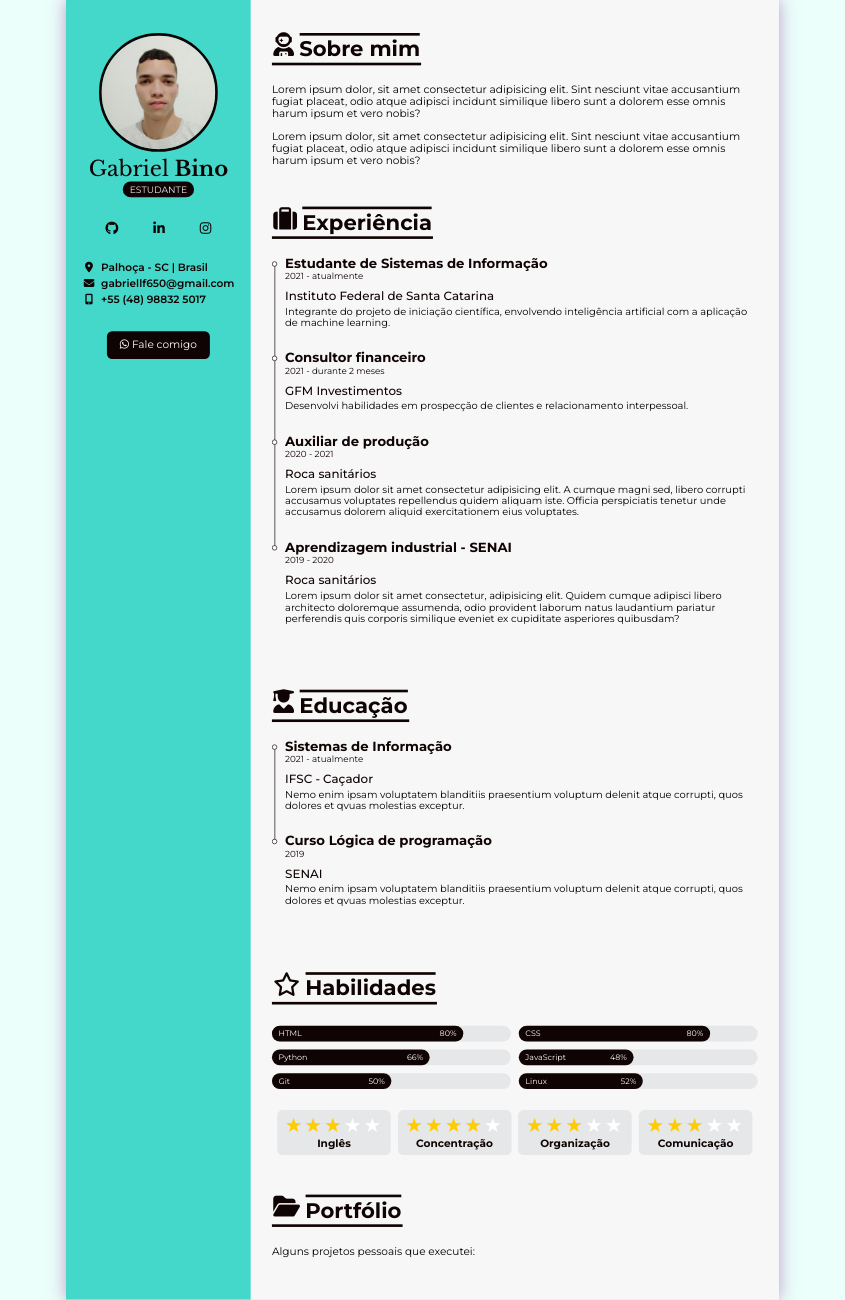
Repository: gabrielbino/projects-dio
Page: curriculoResponsivo/index.html
An editor plug-in stored every save of this project. The page is shown before and after the next save, followed by the edit.
The browser window is 1280 px wide. The pictures show the whole page, at 66% of full size.
Some web libraries are served in a nearby version.

Above is the page before, as saved 2021-10-19 12:15:44.

### curriculoResponsivo/index.html
<!DOCTYPE html>
<html lang="pt-br">
  <head>
    <meta charset="UTF-8" />
    <link
      rel="stylesheet"
      href="https://cdnjs.cloudflare.com/ajax/libs/normalize/8.0.1/normalize.min.css"
      integrity="sha512-NhSC1YmyruXifcj/KFRWoC561YpHpc5Jtzgvbuzx5VozKpWvQ+4nXhPdFgmx8xqexRcpAglTj9sIBWINXa8x5w=="
      crossorigin="anonymous"
      referrerpolicy="no-referrer"
    />

    <script
      src="https://kit.fontawesome.com/e258bd240c.js"
      crossorigin="anonymous"
    ></script>

    <link rel="stylesheet" href="./css/style.css" />

    <link rel="shortcut icon" href="img/img.ico" />

    <title>CV do Gabriel</title>
  </head>
  <body>
    <main>
      <aside>
        <div class="sidebar">
          <img
            class="profile-picture"
            src="./img/option_profile.jpeg"
            alt="Gabriel Bino"
          />
          <h1 class="title-name"><span>Gabriel</span> Bino</h1>
          <h3 class="subtitle-role">Estudante</h3>
          <div class="social-links">
            <a href="https://github.com/gabrielbino" target="_blank">
              <i class="fab fa-github"></i>
            </a>
            <a
              href="https://www.linkedin.com/in/gabriel-fernandes-bino-456499195/"
              target="_blank"
            >
              <i class="fab fa-linkedin-in"></i>
            </a>
            <!-- <a href="https://twitter.com/theleoad" target="_blank">
              <i class="fab fa-twitter"></i>
            </a> -->
            <a href="https://www.instagram.com/gabrielfbino/" target="_blank">
              <i class="fab fa-instagram"></i>
            </a>
          </div>
          <ul class="personal-data">
            <li>
              <i class="fas fa-map-marker-alt"></i>
              <span>Palhoça - SC | Brasil</span>
            </li>
            <li>
              <i class="fas fa-envelope"></i>
              <a href="mailto:galbriellf650@gmail.com"
                >gabriellf650@gmail.com</a
              >
            </li>
            <li>
              <i class="fas fa-mobile-alt"></i>
              <a href="tel:+5548988325017">+55 (48) 98832 5017</a>
            </li>
          </ul>
          <a
            class="download-button"
            href="https://wa.me/+5548988325017"
            target="_blank"
          >
            <i class="fab fa-whatsapp"></i>
            <span>Fale comigo</span>
          </a>
        </div>
      </aside>
      <section>
        <article>
          <div class="article-title-wrapper">
            <i class="fas fa-user-astronaut"></i>
            <h2 class="article-title">Sobre mim</h2>
          </div>
          <p>
            Lorem ipsum dolor, sit amet consectetur adipisicing elit. Sint
            nesciunt vitae accusantium fugiat placeat, odio atque adipisci
            incidunt similique libero sunt a dolorem esse omnis harum ipsum et
            vero nobis?
          </p>
          <p>
            Lorem ipsum dolor, sit amet consectetur adipisicing elit. Sint
            nesciunt vitae accusantium fugiat placeat, odio atque adipisci
            incidunt similique libero sunt a dolorem esse omnis harum ipsum et
            vero nobis?
          </p>
        </article>
        <article>
          <div class="article-title-wrapper">
            <i class="fas fa-suitcase"></i>
            <h2 class="article-title">Experiência</h2>
          </div>
          <ul class="timeline">
            <li>
              <h4 class="timeline-title">
                Estudante de Sistemas de Informação
              </h4>
              <h5 class="timeline-time">2021 - atualmente</h5>
              <h6 class="timeline-place">
                Instituto Federal de Santa Catarina
              </h6>
              <p class="timeline-text">
                Integrante do projeto de iniciação científica, envolvendo
                inteligência artificial com a aplicação de machine learning.
              </p>
            </li>
            <li>
              <h4 class="timeline-title">Consultor financeiro</h4>
              <h5 class="timeline-time">2021 - durante 2 meses</h5>
              <h6 class="timeline-place">GFM Investimentos</h6>
              <p class="timeline-text">
                Desenvolvi habilidades em prospecção de clientes e
                relacionamento interpessoal.
              </p>
            </li>
            <li>
              <h4 class="timeline-title">Auxiliar de produção</h4>
              <h5 class="timeline-time">2020 - 2021</h5>
              <h6 class="timeline-place">Roca sanitários</h6>
              <p class="timeline-text">
                Lorem ipsum dolor sit amet consectetur adipisicing elit. A
                cumque magni sed, libero corrupti accusamus voluptates
                repellendus quidem aliquam iste. Officia perspiciatis tenetur
                unde accusamus dolorem aliquid exercitationem eius voluptates.
              </p>
            </li>
            <li>
              <h4 class="timeline-title">Aprendizagem industrial - SENAI</h4>
              <h5 class="timeline-time">2019 - 2020</h5>
              <h6 class="timeline-place">Roca sanitários</h6>
              <p class="timeline-text">
                Lorem ipsum dolor sit amet consectetur, adipisicing elit. Quidem
                cumque adipisci libero architecto doloremque assumenda, odio
                provident laborum natus laudantium pariatur perferendis quis
                corporis similique eveniet ex cupiditate asperiores quibusdam?
              </p>
            </li>
          </ul>
        </article>
        <article>
          <div class="article-title-wrapper">
            <i class="fas fa-user-graduate"></i>
            <h2 class="article-title">Educação</h2>
          </div>
          <ul class="timeline">
            <li>
              <h4 class="timeline-title">Sistemas de Informação</h4>
              <h5 class="timeline-time">2021 - atualmente</h5>
              <h6 class="timeline-place">IFSC - Caçador</h6>
              <p class="timeline-text">
                Nemo enim ipsam voluptatem blanditiis praesentium voluptum
                delenit atque corrupti, quos dolores et qvuas molestias
                exceptur.
              </p>
            </li>
            <li>
              <h4 class="timeline-title">Curso Lógica de programação</h4>
              <h5 class="timeline-time">2019</h5>
              <h6 class="timeline-place">SENAI</h6>
              <p class="timeline-text">
                Nemo enim ipsam voluptatem blanditiis praesentium voluptum
                delenit atque corrupti, quos dolores et qvuas molestias
                exceptur.
              </p>
            </li>
          </ul>
        </article>
        <article>
          <div class="article-title-wrapper">
            <i class="far fa-star"></i>
            <h2 class="article-title">Habilidades</h2>
          </div>
          <div class="skills-container">
            <div class="progress">
              <div class="progress-bar" role="progressbar" style="width: 80%">
                <div class="progress-text">
                  <span>HTML</span>
                  <span>80%</span>
                </div>
              </div>
            </div>
            <div class="progress">
              <div class="progress-bar" role="progressbar" style="width: 80%">
                <div class="progress-text">
                  <span>CSS</span>
                  <span>80%</span>
                </div>
              </div>
            </div>
            <div class="progress">
              <div class="progress-bar" role="progressbar" style="width: 66%">
                <div class="progress-text">
                  <span>Python</span>
                  <span>66%</span>
                </div>
              </div>
            </div>
            <div class="progress">
              <div class="progress-bar" role="progressbar" style="width: 48%">
                <div class="progress-text">
                  <span>JavaScript</span>
                  <span>48%</span>
                </div>
              </div>
            </div>
            <div class="progress">
              <div class="progress-bar" role="progressbar" style="width: 50%">
                <div class="progress-text">
                  <span>Git</span>
                  <span>50%</span>
                </div>
              </div>
            </div>
            <div class="progress">
              <div class="progress-bar" role="progressbar" style="width: 52%">
                <div class="progress-text">
                  <span>Linux</span>
                  <span>52%</span>
                </div>
              </div>
            </div>
          </div>
          <div class="soft-skills">
            <div class="soft-skill">
              <div class="soft-skill-rating" style="--rating: 3"></div>
              <h4 class="soft-skill-label">Inglês</h4>
            </div>
            <div class="soft-skill">
              <div class="soft-skill-rating" style="--rating: 4"></div>
              <h4 class="soft-skill-label">Concentração</h4>
            </div>
            <div class="soft-skill">
              <div class="soft-skill-rating" style="--rating: 3"></div>
              <h4 class="soft-skill-label">Organização</h4>
            </div>
            <div class="soft-skill">
              <div class="soft-skill-rating" style="--rating: 3"></div>
              <h4 class="soft-skill-label">Comunicação</h4>
            </div>
          </div>
        </article>
        <article>
          <div class="article-title-wrapper">
            <i class="fas fa-folder-open"></i>
            <h2 class="article-title">Portfólio</h2>
          </div>
          <p>Alguns projetos pessoais que executei:</p>
          <div class="portfolio">
            <a href="#" class="portfolio-item">
              <div></div>
            </a>
            <a href="#" class="portfolio-item">
              <div></div>
            </a>
            <a href="#" class="portfolio-item">
              <div></div>
            </a>
            <a href="#" class="portfolio-item">
              <div></div>
            </a>
          </div>
        </article>
      </section>
    </main>
  </body>
</html>

### curriculoResponsivo/css/style.css
@import url("https://fonts.googleapis.com/css2?family=Libre+Baskerville:wght@400;700&family=Montserrat:wght@400;500;600;700&display=swap");

* {
  box-sizing: border-box;
}

img {
  max-width: 100%;
}

body {
  background-color: #ebfffb;
  color: black;
  font-family: "Montserrat", sans-serif;
}

main {
  background-color: #ebfffb;
  box-shadow: 0 0 1.5rem rgba(149, 56, 158, 0.5);
  display: flex;
  margin: 0 auto;
  max-width: 1080px;
  min-height: 100vh;
  width: 100%;
}

aside {
  background-color: #43d8c9;
  padding: 50px 0 16px;
  width: 280px;
}

.sidebar {
  align-items: center;
  display: flex;
  flex-direction: column;
  position: sticky;
  top: 16px;
  width: 100%;
}

.profile-picture {
  border-radius: 50%;
  border: solid 4px #100303;
  width: 180px;
}

.title-name {
  color: #100303;
  font-family: "Libre Baskerville", serif;
  font-weight: 700;
  margin: 8px 0 0;
}

.title-name span {
  font-weight: 500;
}

.subtitle-role {
  background: #100303;
  border-radius: 12px;
  color: #e9ebec;
  font-size: 14px;
  font-weight: 400;
  margin: 0;
  padding: 4px 10px;
  text-transform: uppercase;
}

.social-links {
  display: flex;
  font-size: 20px;
  justify-content: space-between;
  margin: 36px 0;
  width: 160px;
}

.social-links a {
  color: #100303;
}

.social-links a:hover {
  color: #8fa0ac;
}

.personal-data {
  list-style-type: none;
  margin: 0;
  padding: 0;
}

.personal-data li {
  color: #100303;
  font-weight: 600;
  line-height: 1.5;
}

.personal-data li a {
  color: inherit;
  text-decoration: none;
}

.personal-data i {
  margin-right: 4px;
  text-align: center;
  width: 20px;
}

.download-button {
  background: #100303;
  border-radius: 8px;
  color: white;
  display: block;
  margin: 36px 0;
  padding: 12px 20px;
  text-decoration: none;
}

section {
  background-color: #f7f7f7;
  padding: 50px 32px 0;
  width: calc(100% - 280px);
}

article:not(:last-of-type) {
  margin-bottom: 60px;
}

.article-title-wrapper {
  align-items: center;
  border-bottom: 4px solid;
  color: #100303;
  display: inline-flex;
  margin-bottom: 12px;
  padding: 0 2px;
}
.article-title-wrapper i {
  font-size: 36px;
  margin: -8px 8px 0 0;
}

.article-title {
  border-top: 4px solid;
  color: #100303;
  font-size: 32px;
  font-weight: 800;
  margin: 0 0 2px;
  padding-top: 2px;
}

.timeline {
  list-style: none;
  margin: 20px 0;
  padding: 0;
}

.timeline li {
  margin: 0;
  padding: 2px 0 40px 20px;
  position: relative;
}

.timeline li::after {
  background-color: #fff;
  border-radius: 50%;
  border: 1px solid #100303;
  box-sizing: border-box;
  content: "";
  display: inline-block;
  height: 8px;
  left: 0;
  position: absolute;
  top: 2px;
  width: 8px;
}

.timeline li:not(:last-of-type)::before {
  background-color: #100303;
  content: "";
  height: 100%;
  left: 3.5px;
  position: absolute;
  top: calc(0.5em - 4px);
  width: 1px;
}

.timeline-title {
  color: #100303;
  font-size: 20px;
  margin: -8px 0 0;
}

.timeline-time {
  color: #100303;
  font-weight: 400;
  margin: 0;
}

.timeline-place {
  color: #100303;
  font-size: 18px;
  font-weight: 500;
  margin: 12px 0 4px;
}

.timeline-text {
  font-size: 15px;
  margin: 0;
}

.skills-container {
  display: flex;
  flex-wrap: wrap;
  justify-content: space-between;
  margin: 20px 0;
}

.progress {
  background-color: rgba(68, 86, 108, 0.1);
  border-radius: 20px;
  display: flex;
  font-size: 0.75rem;
  height: 1.5rem;
  margin-bottom: 12px;
  width: calc(50% - 6px);
}

.progress-bar {
  align-items: center;
  background-color: #100303;
  border-radius: 20px;
  color: #fff;
  display: flex;
  padding: 0 10px;
}

.progress-text {
  display: flex;
  justify-content: space-between;
  width: 100%;
}

.soft-skills {
  display: flex;
  justify-content: space-between;
  padding: 0 8px;
}

.soft-skill {
  background-color: rgba(68, 86, 108, 0.1);
  border-radius: 8px;
  padding: 8px;
  text-align: center;
  width: calc(25% - 8px);
}

.soft-skill-rating {
  --percent: calc(var(--rating) / 5 * 100%);
  display: inline-block;
  font-family: Times;
  font-size: 30px;
  line-height: 1;
}

.soft-skill-rating::before {
  background-clip: text;
  background: linear-gradient(90deg, #fc0 var(--percent), #fff var(--percent));
  content: "★★★★★";
  letter-spacing: 3px;
  -webkit-background-clip: text;
  -webkit-text-fill-color: transparent;
}

.soft-skill-label {
  color: #100303;
  margin: 4px 0 0;
}

.portfolio {
  display: flex;
  flex-wrap: wrap;
  justify-content: space-between;
}

.portfolio-item {
  margin-bottom: 24px;
  text-decoration: none;
  width: calc(50% - 12px);
}

/* .portfolio-item div {
  margin: 0;
}

.portfolio-item figcaption {
  color: #3c6e71;
  font-weight: 800;
  text-align: center;
} */

@media (max-width: 1024px) {
  .soft-skills {
    flex-wrap: wrap;
  }

  .soft-skill {
    margin: 4px;
    width: calc(50% - 8px);
  }
}

@media (max-width: 768px) {
  main {
    display: block;
  }

  aside,
  section {
    width: 100%;
  }

  section {
    padding: 32px 16px 0;
  }

  .article-title-wrapper {
    display: flex;
    padding: 0;
  }

  .progress,
  .soft-skill,
  .portfolio-item,
  .article-title {
    width: 100%;
  }

  .portfolio-item figure {
    text-align: center;
  }
}

After the next save:
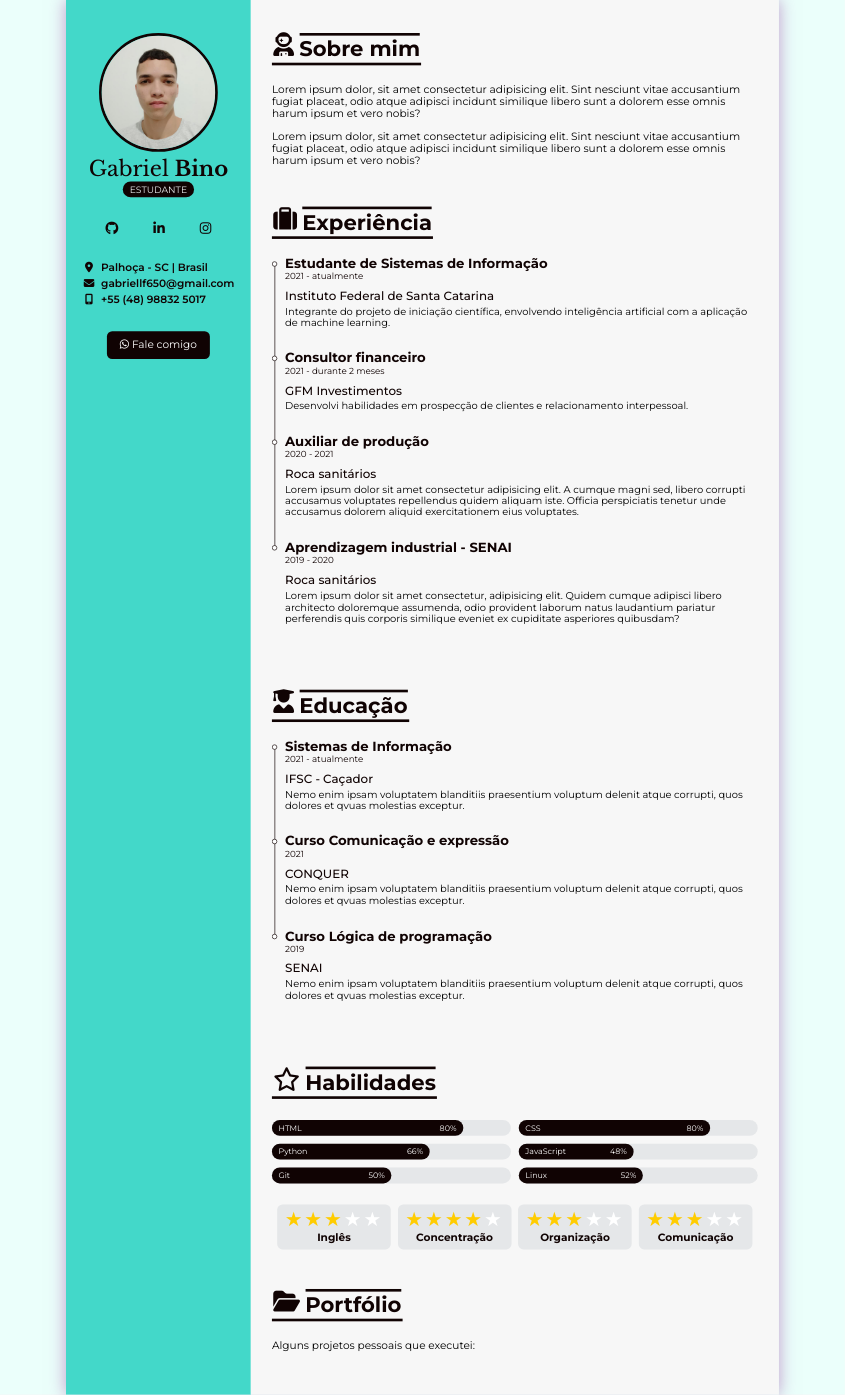
Saved 3 min 13 s later.
--- a/curriculoResponsivo/index.html
+++ b/curriculoResponsivo/index.html
@@ -163,6 +163,16 @@
               </p>
             </li>
             <li>
+              <h4 class="timeline-title">Curso Comunicação e expressão</h4>
+              <h5 class="timeline-time">2021</h5>
+              <h6 class="timeline-place">CONQUER</h6>
+              <p class="timeline-text">
+                Nemo enim ipsam voluptatem blanditiis praesentium voluptum
+                delenit atque corrupti, quos dolores et qvuas molestias
+                exceptur.
+              </p>
+            </li>
+            <li>
               <h4 class="timeline-title">Curso Lógica de programação</h4>
               <h5 class="timeline-time">2019</h5>
               <h6 class="timeline-place">SENAI</h6>
